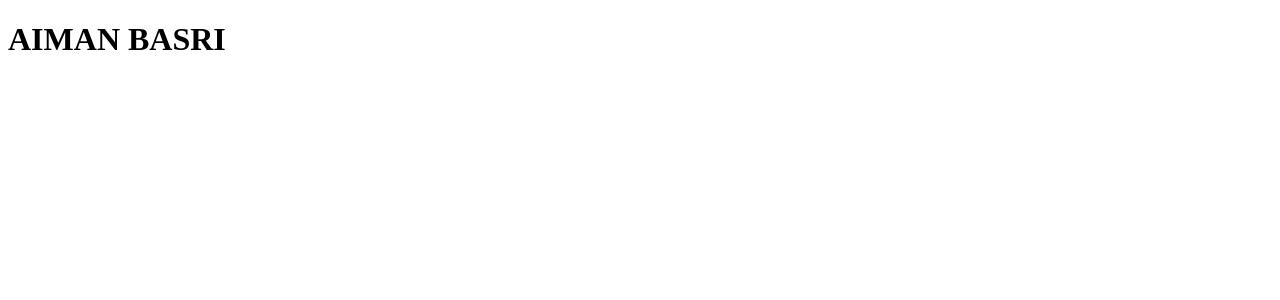
Repository: aimanbasri/Web-Development-Bootcamp
Page: HTML - Personal Site/index.html
The author's editor kept a copy of each file at every save. The page is drawn from the files as they stood at one save, then again after the next save.
The browser window is 1280 px wide. The pictures show the whole page.

Above is the page before, as saved 2019-12-29 00:54:17.

### HTML - Personal Site/index.html
<!DOCTYPE html>
<html lang="en">
<head>
    <meta charset="UTF-8">
    <meta name="viewport" content="width=device-width, initial-scale=1.0">
    <meta http-equiv="X-UA-Compatible" content="ie=edge">
    <title>🗲Aiman's Personal Site</title>
</head>
<body>
    <h1> AIMAN BASRI </h1>
    <h2> </h2>
</body>
</html>

After the next save:
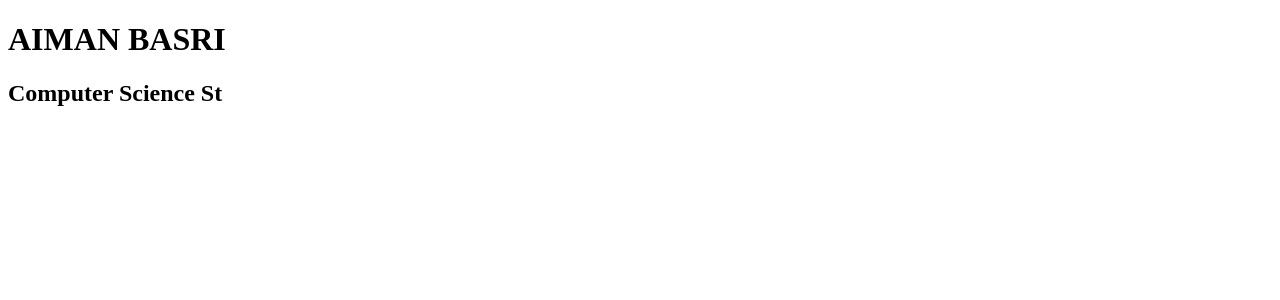
Saved 8 s later.
--- a/HTML - Personal Site/index.html
+++ b/HTML - Personal Site/index.html
@@ -8,6 +8,6 @@
 </head>
 <body>
     <h1> AIMAN BASRI </h1>
-    <h2> </h2>
+    <h2> Computer Science St</h2>
 </body>
 </html>
